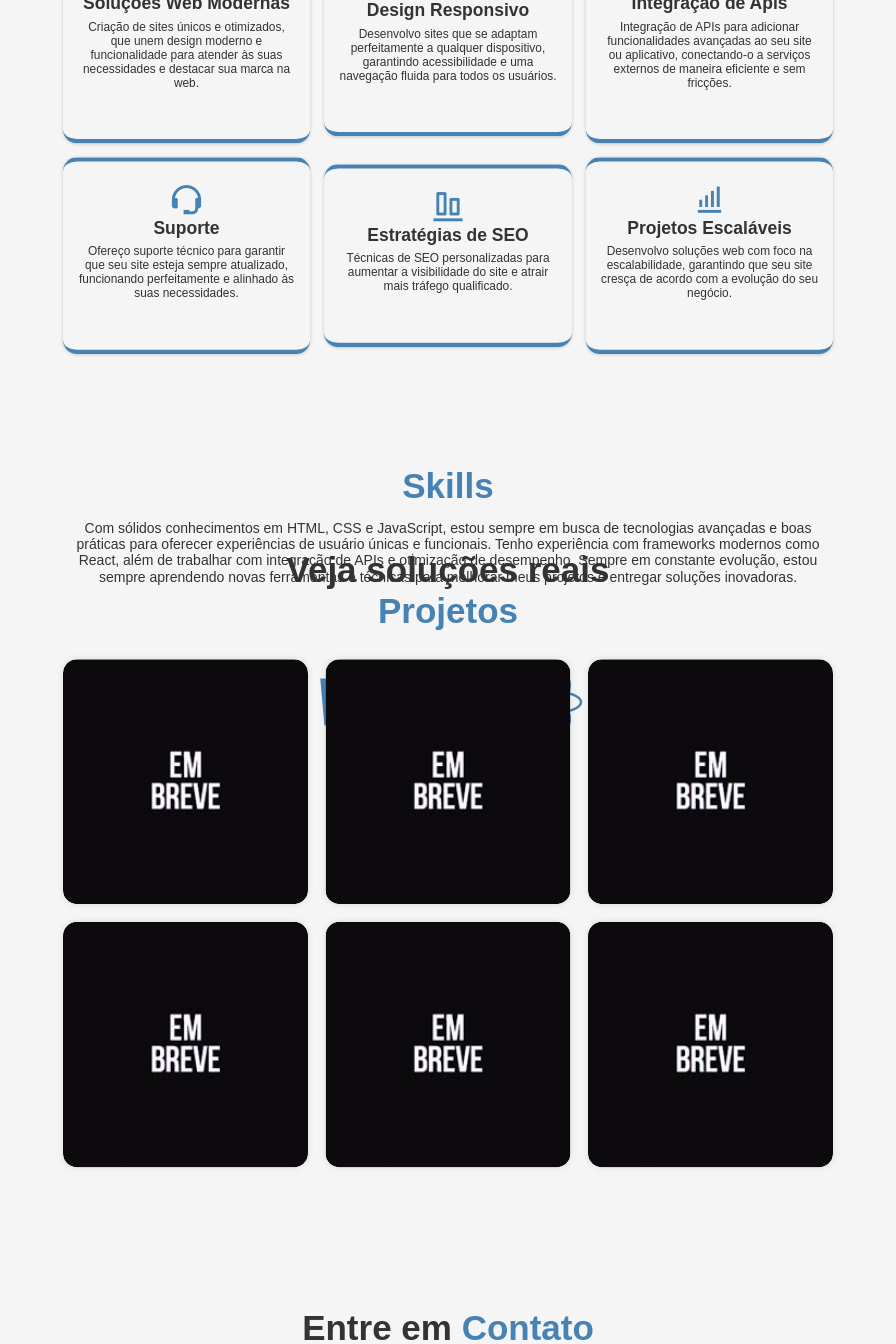
Repository: AliciaKathleen/portfolio-2025
Page: index.html
These files come from the project's save history. The page is drawn as it stood at one moment and after the next save; the edit follows.
The browser window is 1280 px wide. The pictures show the part of the page from y = 1644 to 3564 px (the page is 4200 px tall), at 70% of full size.

Above is the page before, as saved 2025-01-27 18:09:27.
Console error: TypeError: Cannot read properties of null (reading 'classList')

After the next save:
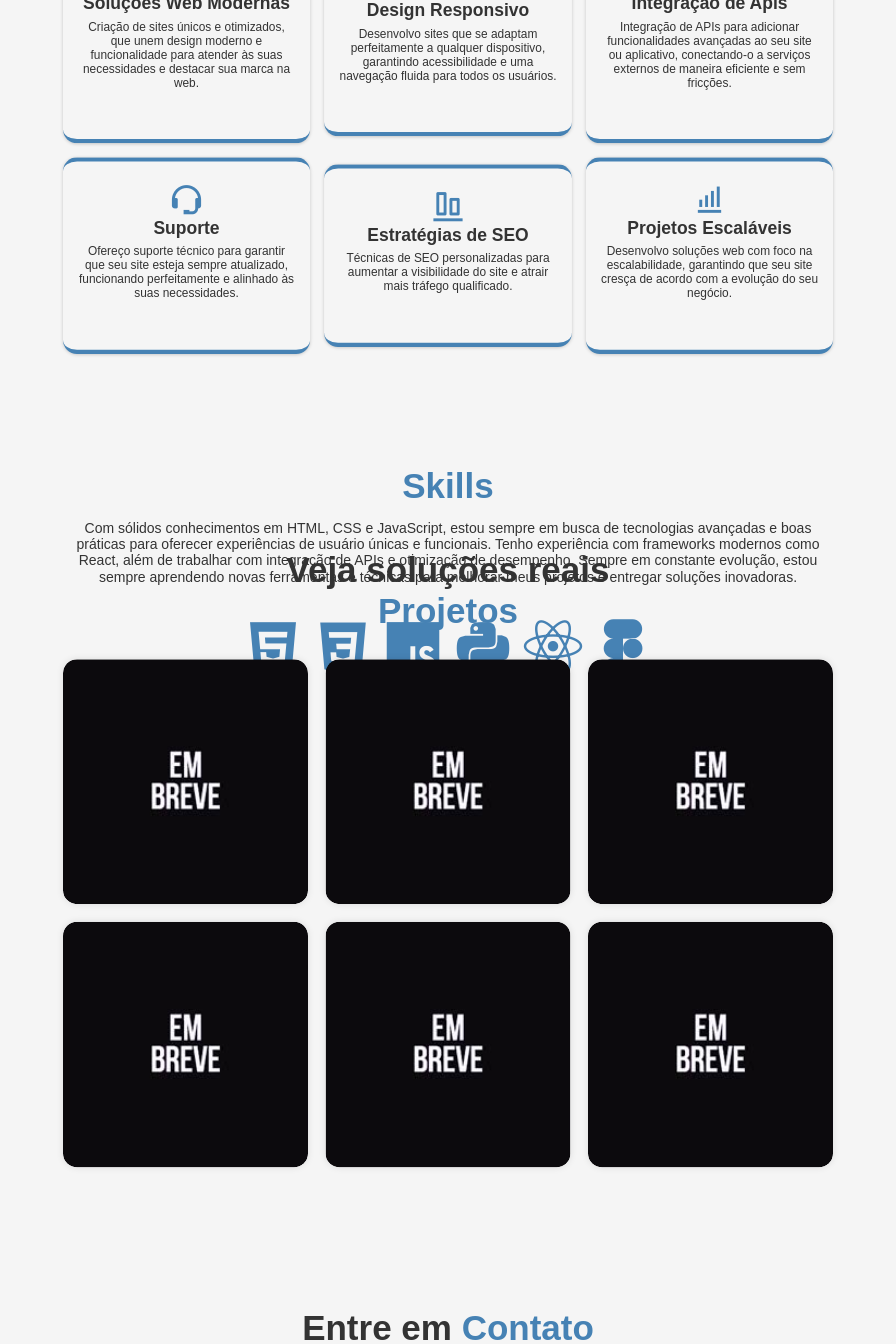
Saved 6 s later.
--- a/style.css
+++ b/style.css
@@ -382,7 +382,7 @@ span {
 }
 
 .resume-item i {
-    margin-top: 100px;
+    margin-top: 20px;
     font-size: 100px;
     color: var(--main-color);
     transition: transform 0.1s ease, color 0.1s ease;
